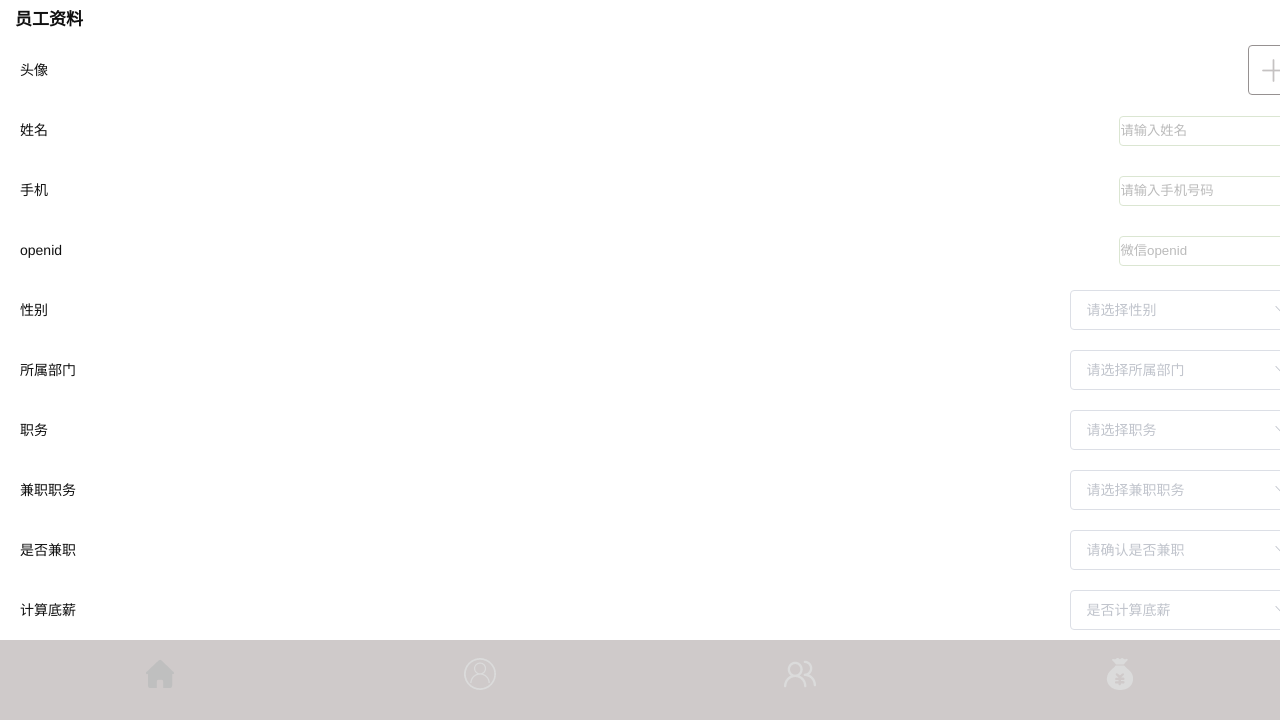
Repository: panlin520-team/lnmj-staffH5
Page: /#/homepage
The author's editor kept a copy of each file at every save. The page is drawn from the files as they stood at one save, then again after a run of saves.
The browser window is 1280 px wide. The pictures show the whole page.
An inner scrolling area shows only its first screen. The project was rebuilt for these pictures with package versions that can differ from the ones it lists, and the page was loaded fresh each time. Also part of the build but not shown: src/views/Lojin.vue.

Above is the page before, as saved 2020-04-09 16:40:52.

### src/main.js
import Vue from 'vue'
import App from './App.vue'
import router from './router'
import store from './store'
import ElementUI from 'element-ui'
import '@/assets/scss/reset.less'
import 'element-ui/lib/theme-chalk/index.css';
Vue.use(ElementUI)


Vue.config.productionTip = false

new Vue({
  router,
  store,
  render: h => h(App)
}).$mount('#app')

### src/App.vue
<template>
  <div id="app">
    <router-view />
  </div>
</template>
<script>
export default {
  data() {
    return {
    };
  },
  created() {},
  methods: {
  }
};
</script>
<style lang="less">
</style>

### src/router/index.js
import Vue from 'vue'
import VueRouter from 'vue-router'
import Lojin from '../views/Lojin.vue'

Vue.use(VueRouter)

const routes = [
  //首页登录
  {
    path: '/',
    name: 'Lojin',
    component: Lojin
  },
  //首页登录
  {
    path: '/Lojin',
    name: 'Lojin',
    component: Lojin
  },
  //用户注册
  {
    path: '/register',
    name: 'Register',
    component: () => import('../views/Register.vue')
  },
  //用户忘记密码
  {
    path: '/forgetpassword',
    name: 'Forgetpassword',
    component: () => import('../views/Forgetpassword.vue')
  },
  //登录首页
  {
    path: '/homepage',
    name: 'Homepage',
    component: () => import('../views/Homepage.vue')
  },
  //业绩
  {
    path: '/performance',
    name: 'Performance',
    component: () => import('../views/Performance.vue')
  },
  //组员
  {
    path: '/crew',
    name: 'Crew',
    component: () => import('../views/Crew.vue')
  },
  //工资
  {
    path: '/salary',
    name: 'Salary',
    component: () => import('../views/Salary.vue')
  },
]

const router = new VueRouter({
  routes
})

export default router

### src/assets/scss/reset.less
* {
  margin: 0;
  padding: 0;
}

div {
  box-sizing: border-box;
  -webkit-tap-highlight-color: rgba(0, 0, 0, 0);
  // -webkit-user-select: none;
}

img {
  border: 0;
}

ul,
ol {
  list-style: none;
}

textarea {
  // 禁止调节文本域尺寸
  resize: none;
  outline-style: none;
  -webkit-appearance: none;
}

input,
button {
  outline-style: none;
  box-sizing: border-box;
  border: none;
}

// 输入框提示文本颜色设置
input::-moz-focus-inner {
  border: 0;
}

input::-webkit-input-placeholder {
  /* WebKit browsers */
  color: #BBB;
}

input::-moz-placeholder {
  /* Mozilla Firefox 19+ */
  color: #BBB;
}

input:-ms-input-placeholder {
  /* Internet Explorer 10+ */
  color: #BBB;
}

html,
body {
  width: 100%;
  height: 100%;
}

body {
  background-color: #ffffff;
  font-family: "Helvetica Neue", Helvetica, "PingFang SC", "Hiragino Sans GB", "Microsoft YaHei", "微软雅黑", Arial, sans-serif;
  font-size: 14px;
  color: #101010;
}

#app {
  position: relative;
  width: 100%;
  height: 100%;
}

// 滚动条尺寸
div::-webkit-scrollbar {
  width: 10px;
  height: 10px;
}

// 滚动条内部方块
// div::-webkit-scrollbar-thumb {
//   border-radius: 10px;
//   box-shadow: inset 0 0 5px rgba(0, 0, 0, 0.2);
//   background: #52BD3A;
// }

// 滚动条轨道
// div::-webkit-scrollbar-track {
//   box-shadow: inset 0 0 5px rgba(0, 0, 0, 0.2);
//   border-radius: 10px;
//   background: rgba(0, 0, 0, 0.1);
// }

.topBand {
  width: 100%;
  height: 80px;
  background: #23A547;
  display: flex;
  position: fixed;
  top: 0;
  left: 0;
  z-index: 100;
}

.container {
  display: flex;
  background: #ffffff;
  padding-top: 80px;
  z-index: 99;
  height: 100%;

  .aside {
    width: 200px;
    min-width: 200px;
    overflow: hidden;
    white-space: nowrap;
    text-overflow: ellipsis;
    position: fixed;
    top: 80px;
    bottom: 0;
    left: 0;
  }

  .main {
    flex: 1;

    &.active {
      padding-left: 200px;
    }
  }
}

.footer {
  height: 80px;
  background: #23A547;
}

.scrollX {
  overflow-x: auto;
  overflow-y: hidden;
}

.scrollY {
  overflow-x: hidden;
  overflow-y: auto;
  width: 100%;
}

.popPage {
  position: fixed;
  top: 0;
  left: 0;
  width: 100%;
  height: 100%;
  padding: 20px;
  z-index: 100;
  background-color: #ffffff;
}

.nowrap {
  overflow: hidden;
  white-space: nowrap;
  text-overflow: ellipsis;
}

.btn-pointer {
  cursor: pointer;
}

### src/views/Homepage.vue
 <!--登录首页-->
<template>
  <div class="homepage">
    <!-- 中间 -->
    <div
      class="content"
      :style="{'height': (virtualHeight - 80)+'px','overflow':'auto','margin-bottom':80+'px','width': virtualWidth +'px'}"
    >
      <div class="top" slot="top">
        <div class="title">员工资料</div>
      </div>
      <div
        class="main"
        slot="main"
        :style="{'height': (virtualHeight - 113)+'px','width': virtualWidth +'px'}"
      >
        <div class="items scrollY">
          <!-- 头像上传 -->
          <div class="item">
            <label class="label-left" style="line-height: 50px;">头像</label>
            <div class="uplodse">
              <el-upload
                class="avatar-uploader"
                :action="uploadUrl"
                :show-file-list="false"
                :on-success="handleAvatarSuccess"
                :before-upload="beforeAvatarUpload"
              >
                <img v-if="imageUrl" :src="imageUrl" class="avatar" />
                <i v-else class="el-icon-plus avatar-uploader-icon"></i>
              </el-upload>
            </div>
          </div>
          <div class="item">
            <label class="label-left">姓名</label>
            <div class="value">
              <input
                type="text"
                placeholder="请输入姓名"
                v-model="employeesDetails.name"
                class="input-value"
              />
            </div>
          </div>
          <div class="item">
            <label class="label-left">手机</label>
            <div class="value">
              <input
                type="text"
                placeholder="请输入手机号码"
                v-model="employeesDetails.mobile"
                class="input-value"
              />
            </div>
          </div>
          <div class="item">
            <label class="label-left">openid</label>
            <div class="value">
              <input
                type="text"
                placeholder="微信openid"
                v-model="employeesDetails.openid"
                class="input-value"
              />
            </div>
          </div>
          <div class="item">
            <label class="label-left">性别</label>
            <div class="value">
              <el-select v-model="employeesDetails.gender" placeholder="请选择性别">
                <el-option
                  v-for="item in genders"
                  :key="item.value"
                  :label="item.name"
                  :value="item.value"
                ></el-option>
              </el-select>
            </div>
          </div>
          <!-- <div class="item">
                <label class="label-left">所属分组</label>
                <div class="value">
                  <el-select v-model="employeesDetails.groupId" placeholder="请选择分组">
                    <el-option
                      v-for="item in groups"
                      :key="item.groupId"
                      :label="item.name"
                      :value="item.groupId"
                    ></el-option>
                  </el-select>
                </div>
          </div>-->
          <div class="item">
            <label class="label-left">所属部门</label>
            <div class="value">
              <el-select v-model="part_department" @change="changedepartment" placeholder="请选择所属部门">
                <el-option
                  v-for="item in part_partment"
                  :key="item.id"
                  :label="item.name"
                  :value="item.id"
                ></el-option>
              </el-select>
            </div>
          </div>
          <div class="item">
            <label class="label-left">职务</label>
            <div class="value">
              <el-select v-model="employeepostName" @change="changedeptails" placeholder="请选择职务">
                <el-option
                  v-for="item in postNames"
                  :key="item.postId"
                  :label="item.name"
                  :value="item.postId"
                ></el-option>
              </el-select>
            </div>
          </div>
          <div class="item">
            <label class="label-left">兼职职务</label>
            <div class="value">
              <el-select v-model="part_timeJobe" @change="changejobe" placeholder="请选择兼职职务">
                <el-option
                  v-for="item in part_timeNames"
                  :key="item.postId"
                  :label="item.name"
                  :value="item.postId"
                ></el-option>
              </el-select>
            </div>
          </div>

          <div class="item">
            <label class="label-left">是否兼职</label>
            <div class="value">
              <el-select v-model="part_trueJobe" @change="changetrueJobe" placeholder="请确认是否兼职">
                <el-option
                  v-for="item in part_trueNames"
                  :key="item.postId"
                  :label="item.name"
                  :value="item.postId"
                ></el-option>
              </el-select>
            </div>
          </div>
          <div class="item">
            <label class="label-left">计算底薪</label>
            <div class="value">
              <el-select v-model="isBasicSalarer" @change="changeSalary" placeholder="是否计算底薪">
                <el-option
                  v-for="item in isBasicSalary"
                  :key="item.value"
                  :label="item.label"
                  :value="item.value"
                ></el-option>
              </el-select>
            </div>
          </div>
          <!-- <div class="item">
            <label class="label-left">级别</label>
            <div class="value">
              <el-select v-model="employeesDetails.postLevel" placeholder="请选择级别">
                <el-option
                  v-for="item in levels"
                  :key="item.postLevelId"
                  :label="item.postLevelName"
                  :value="item.postLevelId"
                ></el-option>
              </el-select>
            </div>
          </div>-->
          <div class="item">
            <label class="label-left">入职时间</label>
            <div class="value">
              <el-date-picker
                v-model="employeesDetails.entryTime"
                :editable="false"
                :clearable="false"
                align="center"
                type="date"
                format="yyyy-MM-dd"
                value-format="yyyy-MM-dd"
                placeholder="选择入职时间"
                class="setEmpDatePicker"
              ></el-date-picker>
            </div>
          </div>
          <div class="item">
            <label class="label-left">目前状态</label>
            <div class="value">
              <el-select v-model="workingState" @change="changezhtai" placeholder="请选择员工目前状态">
                <el-option
                  v-for="item in workingStates"
                  :key="item.state"
                  :label="item.name"
                  :value="item.state"
                ></el-option>
              </el-select>
            </div>
          </div>
        </div>

        <div class="bottom" slot="bottom">
          <div class="btn-save btn-pointer" @click="newEmployees">确认修改</div>
        </div>
      </div>
    </div>
    <!-- 底部导航 -->
    <div class="switchoverBtn">
      <Btnnavigation></Btnnavigation>
    </div>
  </div>
</template>


<script>
//引入模块
import Btnnavigation from "@/components/Btnnavigation.vue";

export default {
  name: "homepage",
  components: { Btnnavigation },
  data() {
    return {
      // 浏览器可视高度
      virtualHeight: window.innerHeight,
      virtualWidth: window.innerWidth,
      //上传图片
      uploadUrl: "https://jsonplaceholder.typicode.com/posts/",
      imageUrl: "",
      //员工信息
      employeesDetails: {
        name: "",
        mobile: "",
        openid: "",
        gender: "",
        entryTime: ""
      },
      //部门
      part_department: "",
      part_partment: [],
      //职务
      employeepostName: "",
      postNames: [],
      //兼职职务
      part_timeJobe: "",
      part_timeNames: [],
      //是否兼职
      part_trueJobe: "",
      part_trueNames: [
        {
          postId: 1,
          name: "是"
        },
        {
          postId: 0,
          name: "否"
        }
      ],
      //是否计算底薪
      isBasicSalarer: "",
      isBasicSalary: [
        {
          value: 0,
          label: "否"
        },
        {
          value: 1,
          label: "是"
        }
      ],
      //目前状态
      workingState: "",
      workingStates: [
        {
          state: 1,
          name: "在职"
        },
        {
          state: 0,
          name: "离职"
        }
      ],
      //性别
      genders: [
        {
          value: 0,
          name: "女"
        },
        {
          value: 1,
          name: "男"
        }
      ]
    };
  },
  created() {},
  methods: {
    //返回登录页面
    returnLojin() {
      const _this = this;
      _this.$router.replace("/Lojin");
    },
    //上传图片
    //上传图片

    handleAvatarSuccess(res, file) {
      this.imageUrl = URL.createObjectURL(file.raw);
      console.log(this.imageUrl);
      console.log(res);
      console.log(file);
      console.log(12334);
    },
    beforeAvatarUpload(file) {
      const isLt2M = file.size / 1024 / 1024 < 2;
      if (!isLt2M) {
        this.$message.error("上传头像图片大小不能超过 2MB!");
      }
      return isLt2M;
    },
    //修改
    newEmployees() {},
    //修改部门
    changedepartment() {},
    //修改职务
    changedeptails() {},
    //修改兼职职务
    changejobe() {},
    //是否兼职
    changetrueJobe() {},
    //是否计算底薪
    changeSalary() {},
    //目前状态
    changezhtai() {}
  }
};
</script>

<style lang="less" scoped>
.homepage {
  width: 100%;
  height: 100%;
  position: relative;
  .content {
    .top {
      padding: 5px 15px;
    }
    .title {
      font-size: 17px;
      font-weight: 700;
    }
    .main {
      //   max-height: 420px;
      overflow: auto;
      .items {
        width: 103%;
        padding: 0 20px;
        .item {
          display: flex;
          justify-content: space-between;
          padding-top: 10px;
          line-height: 50px;
          .label-left {
            width: 70px;
          }
          .setEmpDatePicker {
            width: 200px;
          }
          .input-value {
            border: 1px solid rgb(219, 230, 210);
            height: 30px;
            border-radius: 4px;
          }
          .uplodse {
            width: 50px;
            height: 50px;
            border-radius: 4px;
            border: 1px solid rgb(150, 145, 145);
            text-align: center;
            .avatar-uploader {
              width: 100%;
              height: 100%;
            }
            .avatar-uploader-icon {
              font-size: 28px;
              color: rgb(197, 194, 194);
              width: 40px;
              height: 40px;
              line-height: 50px;
            }
          }
        }
      }
      .bottom {
        text-align: right;
        .btn-save {
          padding: 7px 15px;
          font-size: 14px;
          margin-right: 15px;
          border-radius: 6px;
          color: #ffffff;
          background-color: #23a547;
          text-align: center;
          display: inline-block;
        }
        .iconfont {
          font-size: 25px;
        }
        .btn-del {
          padding: 7px 15px;
          font-size: 14px;
          margin-right: 15px;
          border-radius: 6px;
          color: #ffffff;
          background: #e6a23c;
          text-align: center;
          display: inline-block;
        }
      }
    }
  }
  .switchoverBtn {
    position: absolute;
    bottom: 0;
    width: 100%;
    height: 80px;
    z-index: 999;
  }
  .avatar-uploader .el-upload {
    border: 1px dashed #d9d9d9;
    border-radius: 6px;
    cursor: pointer;
    position: relative;
    overflow: hidden;
  }
  .avatar-uploader .el-upload:hover {
    border-color: #409eff;
  }
  .avatar-uploader-icon {
    font-size: 28px;
    color: #8c939d;
    width: 178px;
    height: 178px;
    line-height: 178px;
    text-align: center;
  }
  .avatar {
    width: 178px;
    height: 178px;
    display: block;
  }
}
</style>

### src/components/Btnnavigation.vue
 <!--底部导航-->
<template>
  <div class="btnnavigation">
    <!-- <div class="somenavigation" to="/homepage">
      <div class="navitnew">
      <router-link to="/homepage">首页</router-link>
      </div>
    </div>-->
    <!-- <router-link class="somenavigation" to="/homepage">
      <div class="navitnew">
        <img src="../assets/images/homepage.png" alt />
      </div>
    </router-link>
    <router-link class="somenavigation" to="/Performance">
      <div class="navitnew">
        <img src="../assets/images/performance.png" alt />
      </div>
    </router-link>
    <router-link class="somenavigation" to="/crew">
      <div class="navitnew">
        <img src="../assets/images/crew.png" alt />
      </div>
    </router-link>
    <router-link class="somenavigation" to="/salary">
      <div class="navitnew">
        <img src="../assets/images/wage.png" alt />
      </div>
    </router-link>-->
    <div
      class="somenavigation"
      @click="closeClick(item)"
      v-for="item in dataondter"
      :class="item.index == someIndex ? 'active' : ''"
      :key="item.index"
    >
      <router-link class="somenavig" :to="{ path: item.path }">
        <div class="navitnew">
          <img :src="item.img" alt />
        </div>
      </router-link>
    </div>
  </div>
</template>

<script>
export default {
  name: "btnnavigation",
  components: {},
  data() {
    return {
      dataondter: [
        {
          index: 1,
          path: "/homepage",
          img: require("../assets/images/homepage.png")
        },
        {
          index: 2,
          path: "/Performance",
          img: require("../assets/images/pagename.png")
        },
        {
          index: 3,
          path: "/crew",
          img: require("../assets/images/crew.png")
        },
        {
          index: 4,
          path: "/salary",
          img: require("../assets/images/wage.png")
        }
      ]
    };
  },
  created() {},
  methods: {
    closeClick(res) {
      this.someIndex = res.index;
    }
  }
};
</script>

<style lang="less" scoped>
.btnnavigation {
  width: 100%;
  height: 80px;
  position: fixed;
  bottom: 0;
  display: flex;
  background-color: rgb(207, 202, 202);
  .somenavigation {
    width: 25%;
    v
    .somenavig {
      width: 100%;
      height: 100%;
    }
    .navitnew {
      text-align: center;
      line-height: 90px;
      color: red;
    }
  }
}
</style>

Loaded but not shown: public/index.html (common file); src/store/index.js (common file)

After the next 2 saves:
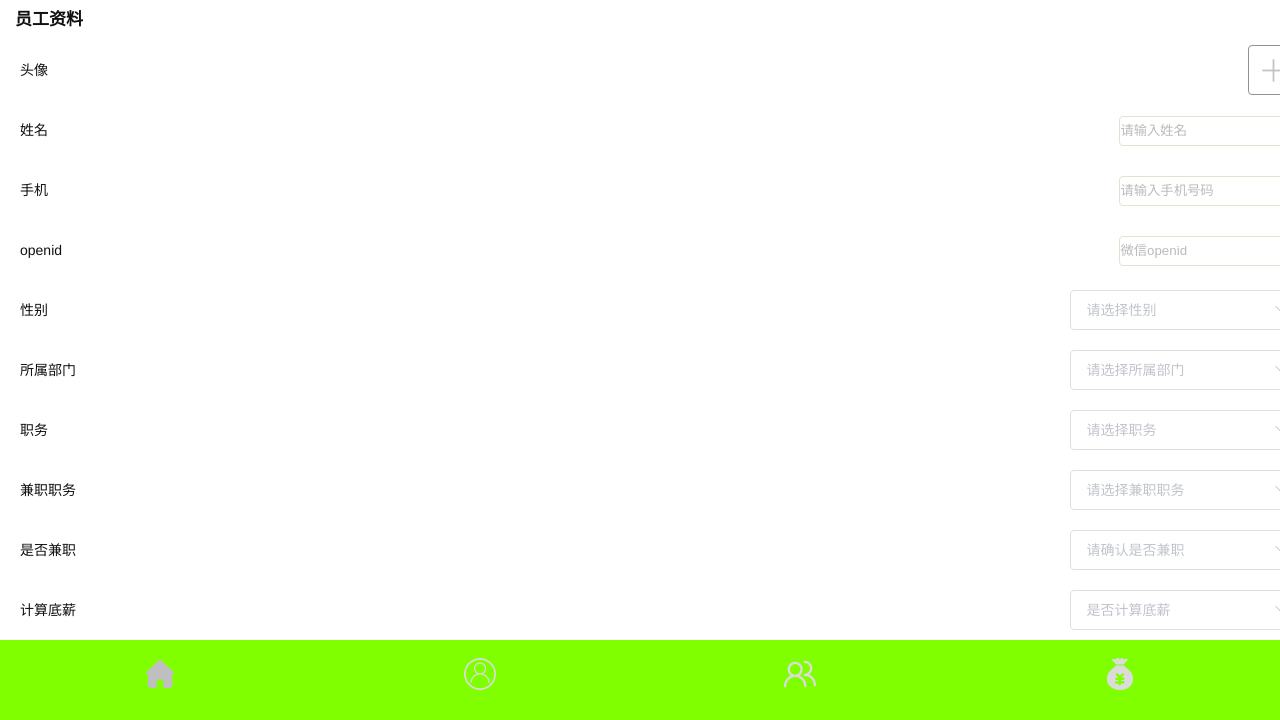
The 2 saves are shown as one change because they came seconds apart.
The last was saved 5 s later.
--- a/src/components/Btnnavigation.vue
+++ b/src/components/Btnnavigation.vue
@@ -91,7 +91,7 @@
   background-color: rgb(207, 202, 202);
   .somenavigation {
     width: 25%;
-    v
+    background-color: chartreuse;
     .somenavig {
       width: 100%;
       height: 100%;

After the 4 saves that followed:
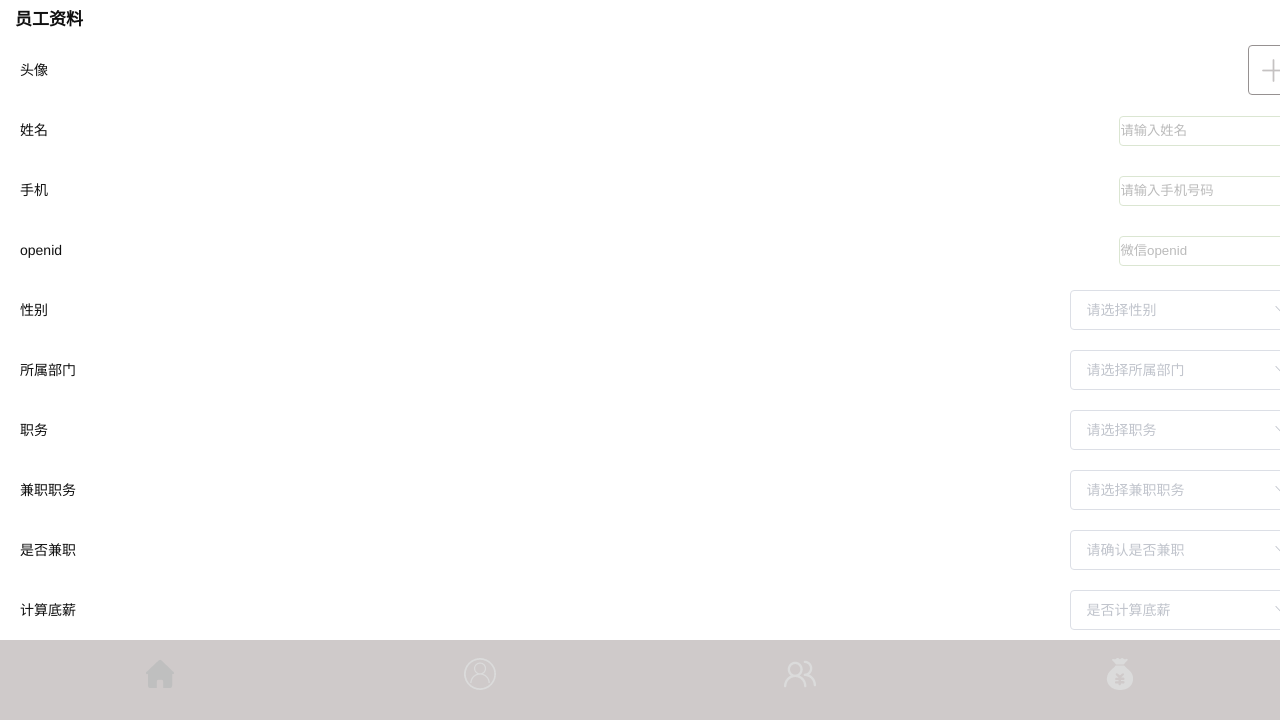
The 4 saves are shown as one change because 2 left the picture as it was and some came seconds apart.
The last was saved 24 s later.
--- a/src/components/Btnnavigation.vue
+++ b/src/components/Btnnavigation.vue
@@ -91,7 +91,6 @@
   background-color: rgb(207, 202, 202);
   .somenavigation {
     width: 25%;
-    background-color: chartreuse;
     .somenavig {
       width: 100%;
       height: 100%;
